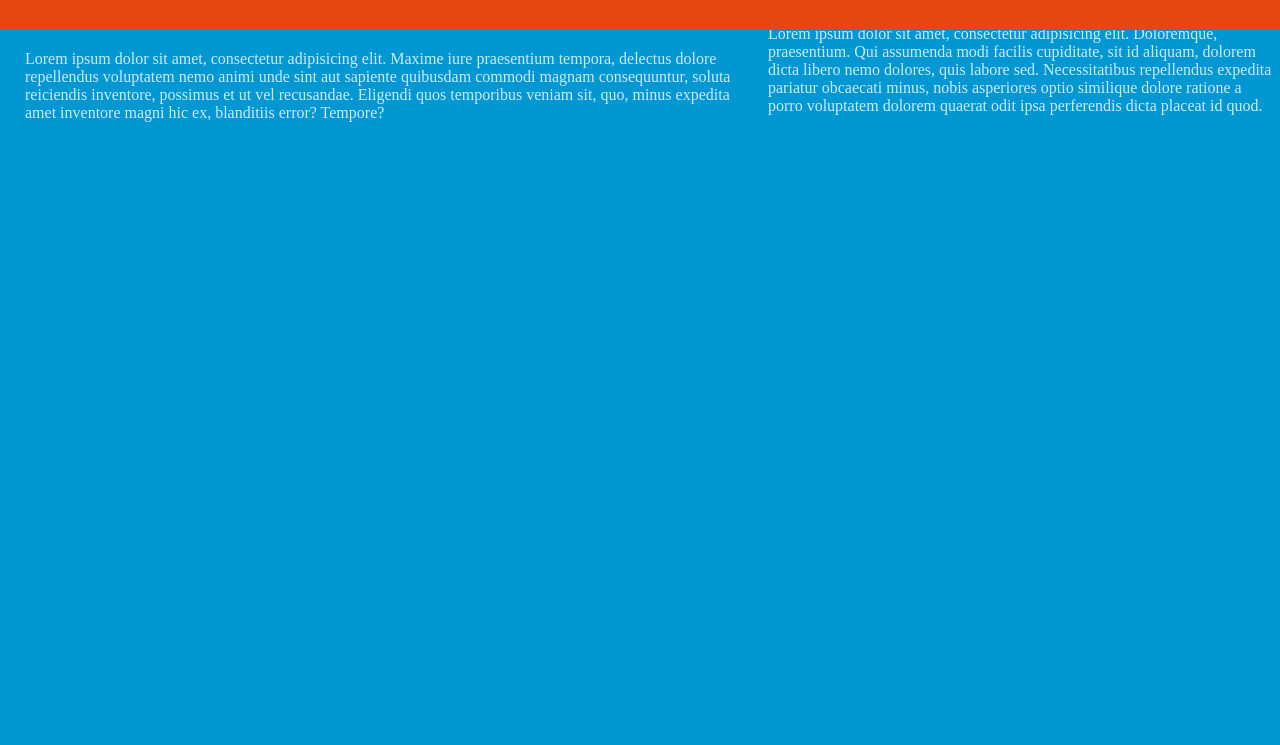
Repository: jdtiding/Responsive_Design
Page: index.html
The author's editor kept a record of every edit. The page is drawn from the files as they stood at one moment, then again after the next edit.
The browser window is 1280 px wide. The pictures show the whole page.

Above is the page before.

### index.html
<!DOCTYPE html>
<html lang="en">
<head>
    <meta charset="UTF-8">
    <meta name="viewport" content="width=device-width, initial-scale=1.0">
    <meta http-equiv="X-UA-Compatible" content="ie=edge">
    <link rel="stylesheet" href="index.css" type="text/css" />
    <title>Responsive Design</title>
</head>
<body>
    <main class="main">
        <header class="header">
            <div class="logo"></div>
        </header>
        <section class="section">
            <article class="article column column-60">
                <p class="section-paragraph">
                    Lorem ipsum dolor sit amet, consectetur adipisicing elit. Maxime iure praesentium tempora, delectus dolore repellendus voluptatem nemo animi unde sint aut sapiente quibusdam commodi magnam consequuntur, soluta reiciendis inventore, possimus et ut vel recusandae. Eligendi quos temporibus veniam sit, quo, minus expedita amet inventore magni hic ex, blanditiis error? Tempore?
                </p>
            </article>
            <aside class="aside column column-40"></aside>
            <p class="section-paragraph"></p>
            Lorem ipsum dolor sit amet, consectetur adipisicing elit. Doloremque, praesentium. Qui assumenda modi facilis cupiditate, sit id aliquam, dolorem dicta libero nemo dolores, quis labore sed. Necessitatibus repellendus expedita pariatur obcaecati minus, nobis asperiores optio similique dolore ratione a porro voluptatem dolorem quaerat odit ipsa perferendis dicta placeat id quod.
        </section>
    </main>
</body>
</html>

### index.css
body, html {
    height: 100%;
    margin: 0;
    color: rgba(255, 255,255, .8);
}

.header {
    position: fixed;
    top: 0;
    left: 0;
    right: 0;
    background-color: #e84610;
    padding: 15px 25px;
}

.main {
    height: 100%;
}

.section {
    background-color: #0097d3;
    height: 100%;
}

.vcenter {
    position: relative;
    top: 50%;
    transform: translateY(-50%);
}

.section-paragraph {
    font-size: 1em;
    margin: 25px;
}

.footer {
    background-color: #4a4a4f;
    padding: 15px;
}

@media (min-width: 768px) {
    .column {
        float: left;
    }

    .column-60 {
        width: 60%;
    }

    .column-40 {
        width: 40%;
    }
}

After the next edit:
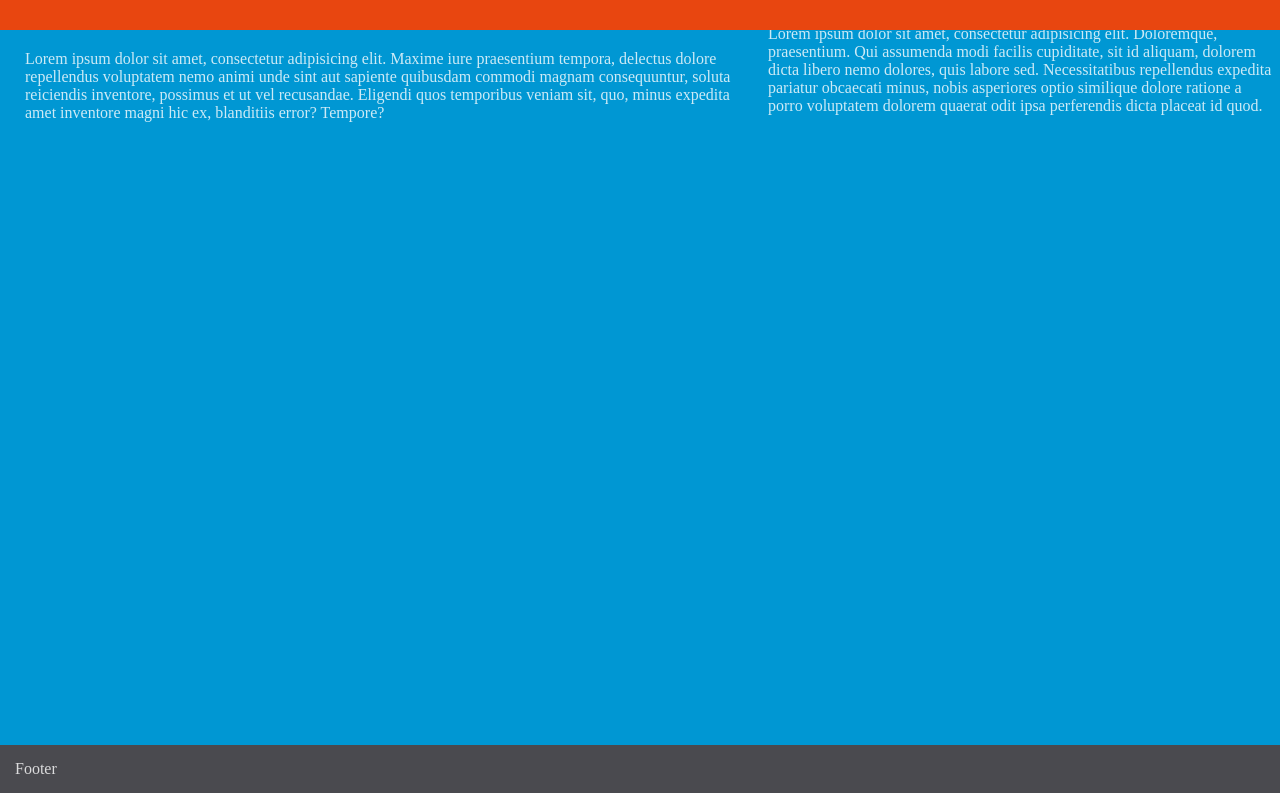
The edit:
--- a/index.html
+++ b/index.html
@@ -22,6 +22,9 @@
             <p class="section-paragraph"></p>
             Lorem ipsum dolor sit amet, consectetur adipisicing elit. Doloremque, praesentium. Qui assumenda modi facilis cupiditate, sit id aliquam, dolorem dicta libero nemo dolores, quis labore sed. Necessitatibus repellendus expedita pariatur obcaecati minus, nobis asperiores optio similique dolore ratione a porro voluptatem dolorem quaerat odit ipsa perferendis dicta placeat id quod.
         </section>
+        <footer class="footer">
+            Footer
+        </footer>
     </main>
 </body>
 </html>
